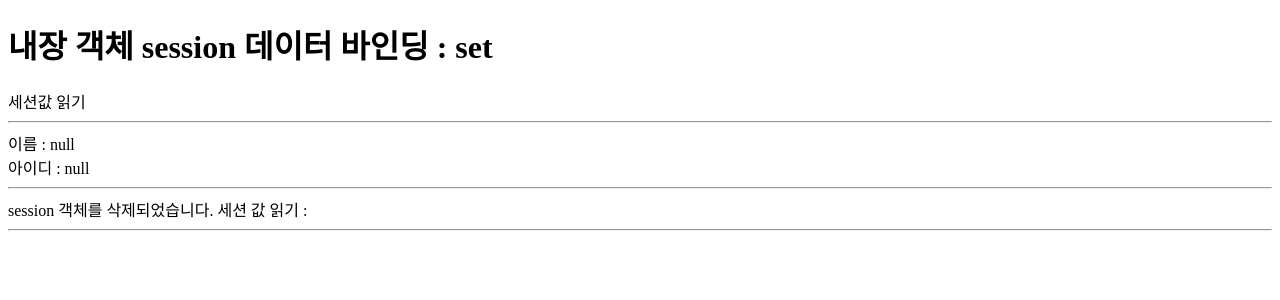
Repository: papepopopy/javascript
Page: http://localhost/webjsp/ex02/sessionInvalidate.jsp
An editor plug-in stored every save of this project. The page is shown before and after a run of saves, followed by the edit.
The browser window is 1280 px wide. The pictures show the whole page.
The page is served by Tomcat 9. Nobody is signed in. The application's start-up code is not run.

Above is the page before, as saved 2024-07-04 04:13:05.

After the next 2 saves:
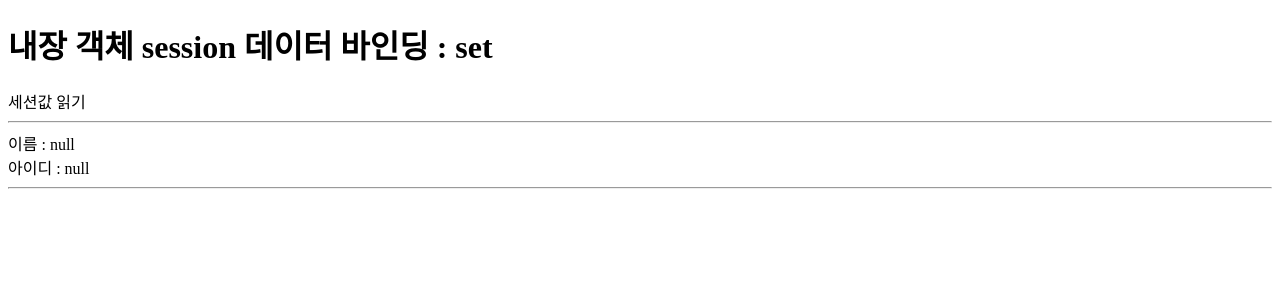
The 2 saves are shown as one change because they came seconds apart.
The last was saved 19 s later.
--- a/jspStudy/jspStudy/webjsp/src/main/webapp/ex02/sessionInvalidate.jsp
+++ b/jspStudy/jspStudy/webjsp/src/main/webapp/ex02/sessionInvalidate.jsp
@@ -12,7 +12,6 @@
 </head>
 <body>
 	<h1>내장 객체 session 데이터 바인딩 : set</h1>
-
 	<div>
 		세션값 읽기
 		<hr>
@@ -20,15 +19,5 @@
 		아이디 : <%= id %> <br>
 	</div>
 	<hr>
-
-	<div>
-		<%
-			session.invalidate();
-		%>
-		session 객체를 삭제되었습니다.
-		세션 값 읽기 :
-
-		<hr>
-	</div>
 </body>
 </html>
